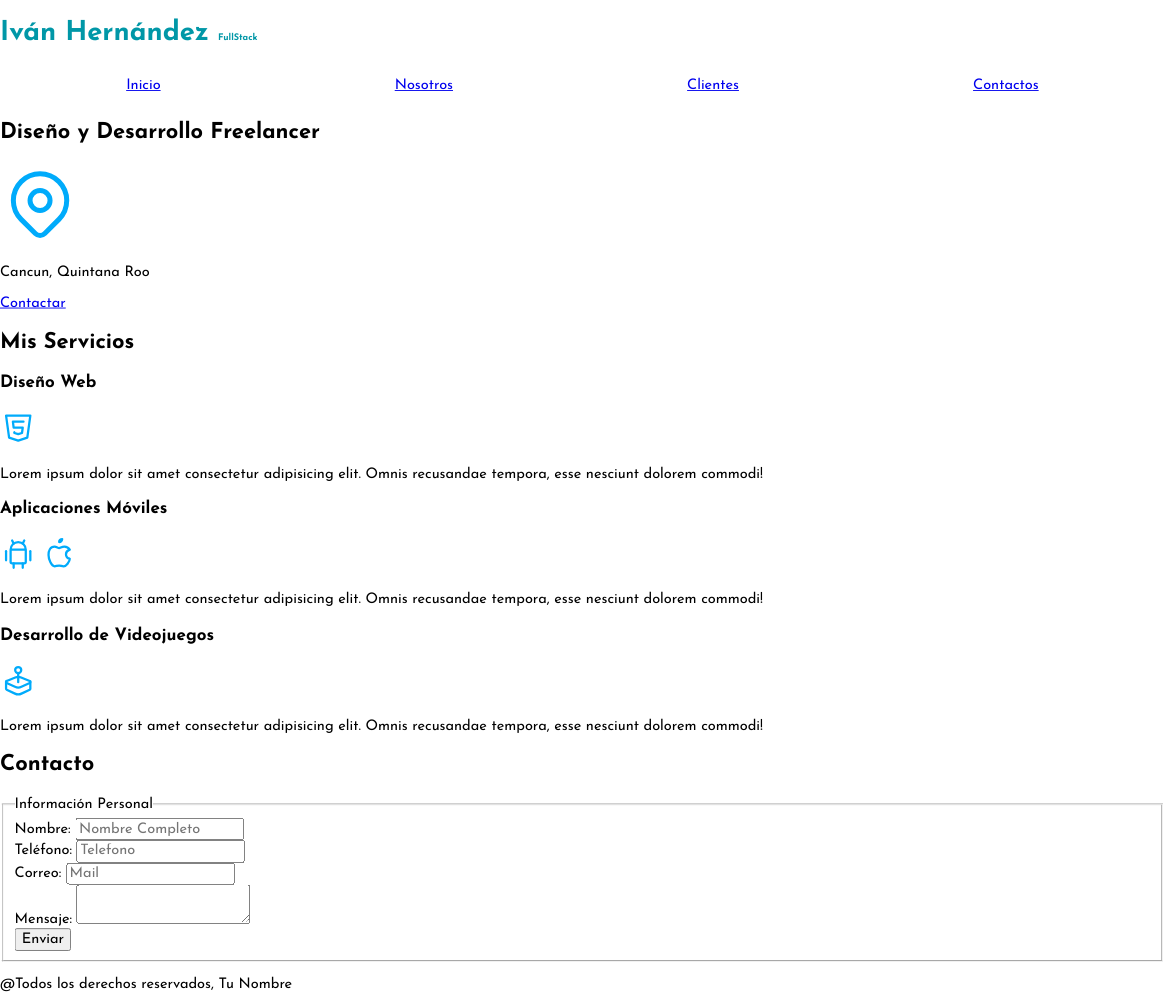
Repository: IvanHernandezMuro/freelance_base
Page: index.html
The author's editor kept a copy of each file at every save. The page is drawn from the files as they stood at one save, then again after the next save.
The browser window is 1280 px wide. The pictures show the whole page, at 91% of full size.

Above is the page before, as saved 2023-05-09 00:25:09.

### index.html
<!DOCTYPE html>
<html lang="en">
	<head>
		<meta charset="UTF-8" />
		<meta http-equiv="X-UA-Compatible" content="IE=edge" />
		<meta name="viewport" content="width=device-width, initial-scale=1.0" />
		<title>Freelancer</title>
		<link rel="stylesheet" href="./css/normalize.css" />
		<!--librerías-->
		<link rel="preconnect" href="https://fonts.googleapis.com" />
		<link rel="preconnect" href="https://fonts.gstatic.com" crossorigin />
		<link
			href="https://fonts.googleapis.com/css2?family=Josefin+Sans:wght@400;700&display=swap"
			rel="stylesheet" />
		<!--Estilos-->
		<link rel="preload" href="./css/styles.css" />
		<link rel="stylesheet" href="./css/styles.css" />
	</head>

	<body>
		<header class="header">
			<h1 class="titulo">Iván Hernández <span>FullStack</span></h1>
		</header>

		<div class="nav-bg">
			<nav class="navegacion-principal contenedor">
				<a href="/">Inicio</a>
				<a href="nosotros.html">Nosotros</a>
				<a href="#">Clientes</a>
				<a href="contacto.html">Contactos</a>
			</nav>
		</div>

		<!-- <img src="img/hero.jpg" alt="Imagen de fondo" width="25%"> -->

		<section class="hero">
			<div class="contenido-hero">
				<h2>Diseño y Desarrollo <span>Freelancer</span></h2>
				<div class="ubicacion">
					<svg
						xmlns="http://www.w3.org/2000/svg"
						class="icon icon-tabler icon-tabler-map-pin"
						width="88"
						height="88"
						viewBox="0 0 24 24"
						stroke-width="1.5"
						stroke="#00abfb"
						fill="none"
						stroke-linecap="round"
						stroke-linejoin="round">
						<path stroke="none" d="M0 0h24v24H0z" fill="none" />
						<circle cx="12" cy="11" r="3" />
						<path
							d="M17.657 16.657l-4.243 4.243a2 2 0 0 1 -2.827 0l-4.244 -4.243a8 8 0 1 1 11.314 0z" />
					</svg>
					<p>Cancun, Quintana Roo</p>
				</div>
				<a href="#" class="boton">Contactar</a>
			</div>
		</section>

		<!--Contenido principal-->
		<main class="contenedor sombra">
			<h2>Mis Servicios</h2>

			<div class="servicios">
				<!-- Proyecto 1 -->
				<section class="servicio">
					<h3>Diseño Web</h3>

					<div class="iconos">
						<svg
							xmlns="http://www.w3.org/2000/svg"
							class="icon icon-tabler icon-tabler-brand-html5"
							width="40"
							height="40"
							viewBox="0 0 24 24"
							stroke-width="1.5"
							stroke="#00abfb"
							fill="none"
							stroke-linecap="round"
							stroke-linejoin="round">
							<path stroke="none" d="M0 0h24v24H0z" fill="none" />
							<path d="M20 4l-2 14.5l-6 2l-6 -2l-2 -14.5z" />
							<path d="M15.5 8h-7l.5 4h6l-.5 3.5l-2.5 .75l-2.5 -.75l-.1 -.5" />
						</svg>
					</div>
					<p>
						Lorem ipsum dolor sit amet consectetur adipisicing elit. Omnis
						recusandae tempora, esse nesciunt dolorem commodi!
					</p>
				</section>

				<!-- Proyecto 2 -->
				<section class="servicio">
					<h3>Aplicaciones Móviles</h3>

					<div class="iconos">
						<svg
							xmlns="http://www.w3.org/2000/svg"
							class="icon icon-tabler icon-tabler-brand-android"
							width="40"
							height="40"
							viewBox="0 0 24 24"
							stroke-width="1.5"
							stroke="#00abfb"
							fill="none"
							stroke-linecap="round"
							stroke-linejoin="round">
							<path stroke="none" d="M0 0h24v24H0z" fill="none" />
							<line x1="4" y1="10" x2="4" y2="16" />
							<line x1="20" y1="10" x2="20" y2="16" />
							<path
								d="M7 9h10v8a1 1 0 0 1 -1 1h-8a1 1 0 0 1 -1 -1v-8a5 5 0 0 1 10 0" />
							<line x1="8" y1="3" x2="9" y2="5" />
							<line x1="16" y1="3" x2="15" y2="5" />
							<line x1="9" y1="18" x2="9" y2="21" />
							<line x1="15" y1="18" x2="15" y2="21" />
						</svg>
						<svg
							xmlns="http://www.w3.org/2000/svg"
							class="icon icon-tabler icon-tabler-brand-apple"
							width="40"
							height="40"
							viewBox="0 0 24 24"
							stroke-width="1.5"
							stroke="#00abfb"
							fill="none"
							stroke-linecap="round"
							stroke-linejoin="round">
							<path stroke="none" d="M0 0h24v24H0z" fill="none" />
							<path
								d="M9 7c-3 0 -4 3 -4 5.5c0 3 2 7.5 4 7.5c1.088 -.046 1.679 -.5 3 -.5c1.312 0 1.5 .5 3 .5s4 -3 4 -5c-.028 -.01 -2.472 -.403 -2.5 -3c-.019 -2.17 2.416 -2.954 2.5 -3c-1.023 -1.492 -2.951 -1.963 -3.5 -2c-1.433 -.111 -2.83 1 -3.5 1c-.68 0 -1.9 -1 -3 -1z" />
							<path d="M12 4a2 2 0 0 0 2 -2a2 2 0 0 0 -2 2" />
						</svg>
					</div>
					<p>
						Lorem ipsum dolor sit amet consectetur adipisicing elit. Omnis
						recusandae tempora, esse nesciunt dolorem commodi!
					</p>
				</section>

				<!-- Proyecto 3 -->
				<section class="servicio">
					<h3>Desarrollo de Videojuegos</h3>

					<div class="iconos">
						<svg
							xmlns="http://www.w3.org/2000/svg"
							class="icon icon-tabler icon-tabler-brand-apple-arcade"
							width="40"
							height="40"
							viewBox="0 0 24 24"
							stroke-width="1.5"
							stroke="#00abfb"
							fill="none"
							stroke-linecap="round"
							stroke-linejoin="round">
							<path stroke="none" d="M0 0h24v24H0z" fill="none" />
							<circle cx="12" cy="5" r="2" />
							<path
								d="M20 12.5v4.75a0.734 .734 0 0 1 -.055 .325a0.704 .704 0 0 1 -.348 .366l-5.462 2.58a4.998 4.998 0 0 1 -4.27 0l-5.462 -2.58a0.705 .705 0 0 1 -.401 -.691l-.002 -4.75" />
							<path
								d="M4.431 12.216l5.634 -2.332a5.065 5.065 0 0 1 3.87 0l5.634 2.332a0.692 .692 0 0 1 .028 1.269l-5.462 2.543a5.064 5.064 0 0 1 -4.27 0l-5.462 -2.543a0.691 .691 0 0 1 .028 -1.27z" />
							<line x1="12" y1="7" x2="12" y2="13" />
						</svg>
					</div>
					<p>
						Lorem ipsum dolor sit amet consectetur adipisicing elit. Omnis
						recusandae tempora, esse nesciunt dolorem commodi!
					</p>
				</section>
			</div>

			<!-- Contacto -->
			<section>
				<h2>Contacto</h2>
				<form class="formulario" action="">
					<!-- Informacion Personal -->
					<fieldset>
						<legend>Información Personal</legend>

						<div class="contenedor-campos">
							<div class="campo">
								<label for="name">Nombre: </label>
								<input
									class="input-text"
									type="text"
									id="name"
									placeholder="Nombre Completo"
									required />
							</div>

							<div class="campo">
								<label for="telefono">Teléfono: </label>
								<input
									class="input-text"
									type="tel"
									id="telefono"
									placeholder="Telefono"
									required />
							</div>

							<div class="campo">
								<label for="email">Correo: </label>
								<input
									class="input-text"
									type="email"
									id="email"
									placeholder="Mail"
									required />
							</div>

							<div class="campo">
								<label for="text">Mensaje: </label>
								<textarea class="input-text" id="text"></textarea>
							</div>
						</div>

						<div class="alinear-derecha flex">
							<button class="boton w-100" type="submit">Enviar</button>
						</div>
					</fieldset>
					<!-- <input type="submit" value="Enviar" class="boton boton-verde"> -->
				</form>
			</section>
		</main>
		<footer>
			<p>@Todos los derechos reservados, Tu Nombre</p>
		</footer>
	</body>
</html>

### css/styles.css
/** Estos son Pseudoselectores **/

:root {
	/*Custom properties*/
	--white: #fff;
	--black: #212121;
	--primary: #ffc107;
	--secondary: #0097a7;
	--gris: #757575;
	--fuentes-principal: 3.8rem;
}

html {
	font-size: 62.5%;
	font-family: "Segoe UI", Tahoma, Geneva, Verdana, sans-serif;
}

body {
	font-size: 16px;
	font-family: "Josefin Sans", sans-serif;
}

.titulo {
	font-size: 3rem;
	color: var(--secondary);
}
.titulo span {
	font-size: 1rem;
}

.navegacion-principal {
	padding: 1rem;
	display: flex;
	justify-content: space-around;
	text-decoration: none;
}
.contenedor {
}
.nav-bg {
}

Loaded but not shown: css/normalize.css (library)

After the next save:
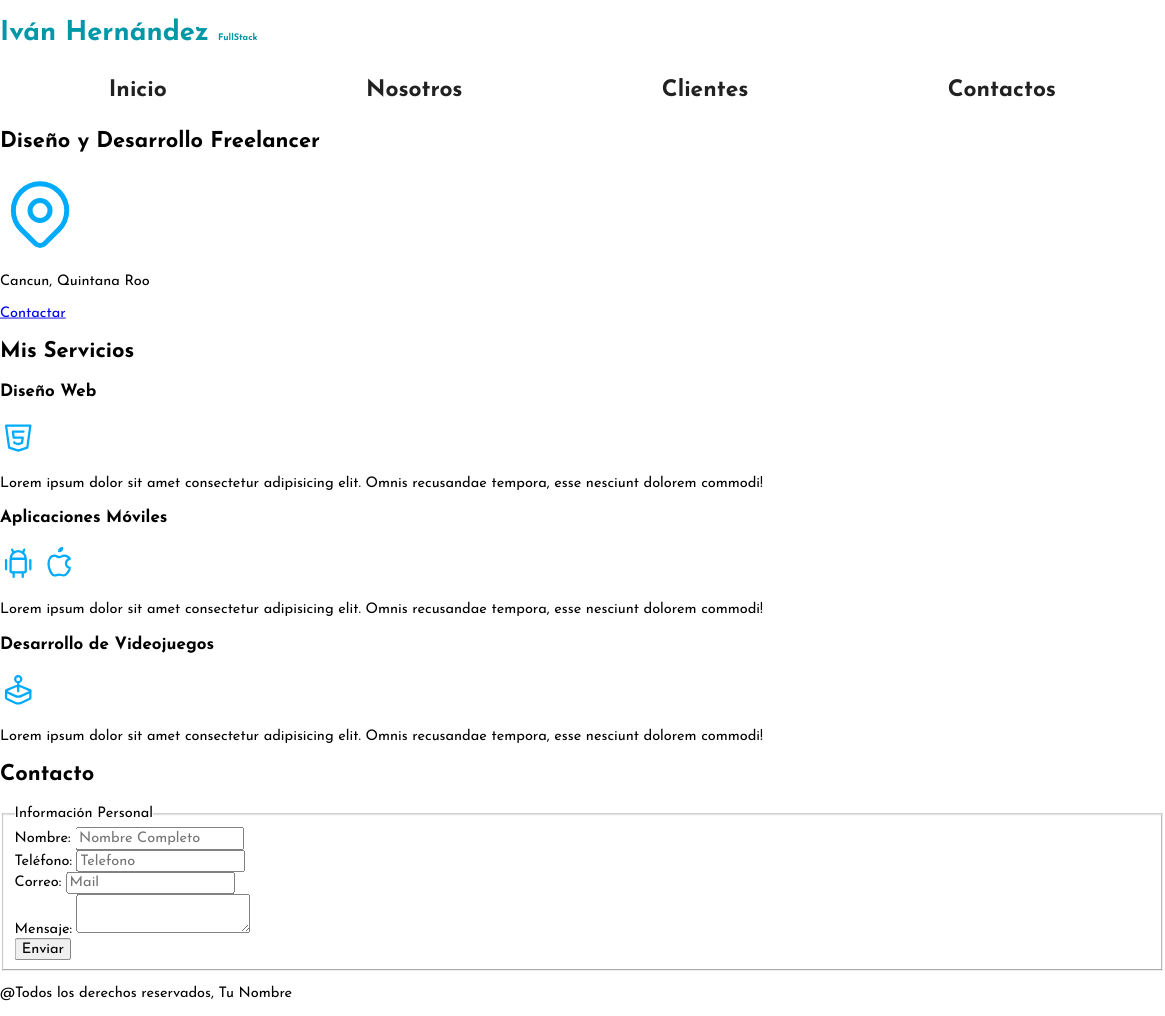
Saved 110 s later.
--- a/css/styles.css
+++ b/css/styles.css
@@ -32,8 +32,14 @@ body {
 	padding: 1rem;
 	display: flex;
 	justify-content: space-around;
+}
+.navegacion-principal a {
 	text-decoration: none;
+	color: var(--black);
+	font-size: 2.5rem;
+	font-weight: bold;
 }
+
 .contenedor {
 }
 .nav-bg {
